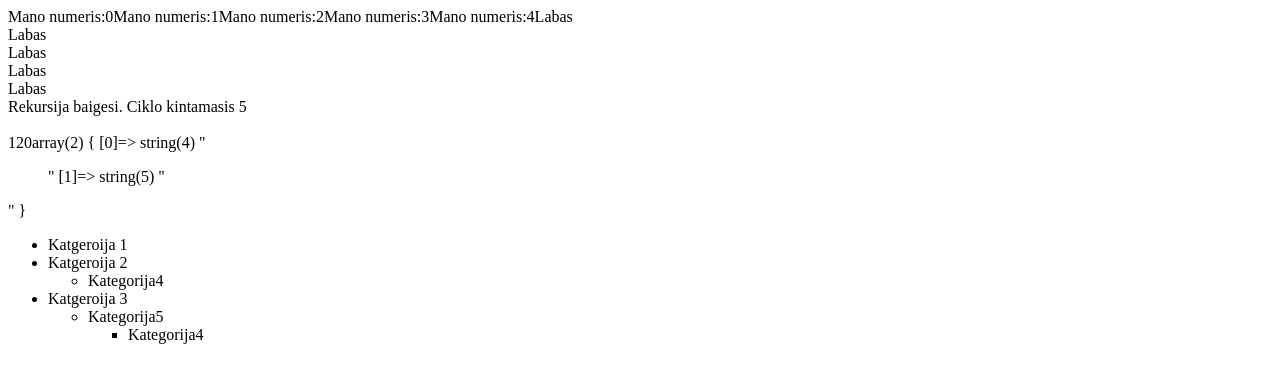
Repository: motiejus1/18-paskaita-PHP-05.31
Page: http://localhost/testavimas/rekursija.php
These files come from the project's save history. The page is drawn as it stood at one moment and after a run of saves; the edit follows.
The browser window is 1280 px wide. The pictures show the whole page.
The page is run by PHP 8.4 with error messages shown; the project is at /var/www/html/. testavimas/connections.php is not in the repository; a stand-in opens the database connection. Queries for data that is not in the repository find no rows.

Above is the page before, as saved 2021-09-25 00:52:49.

After the next 2 saves:
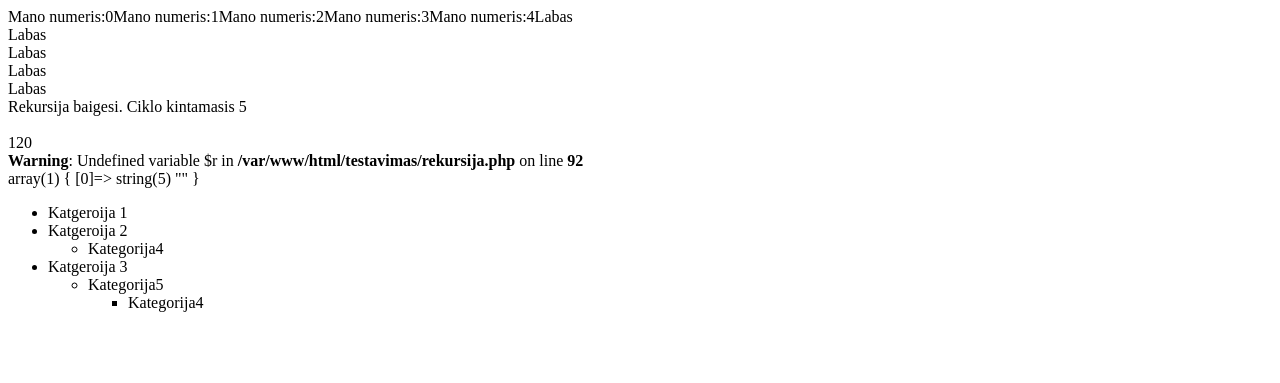
The 2 saves are shown as one change because they came seconds apart.
The last was saved 15 s later.
--- a/testavimas/rekursija.php
+++ b/testavimas/rekursija.php
@@ -89,7 +89,7 @@
 
     $result = $conn->query($sql);
 
-
+    if ($r)
 
     $kategorijos_medis_masyvas[] = "<ul>";
         while($category = mysqli_fetch_array($result)) {

After the save that followed:
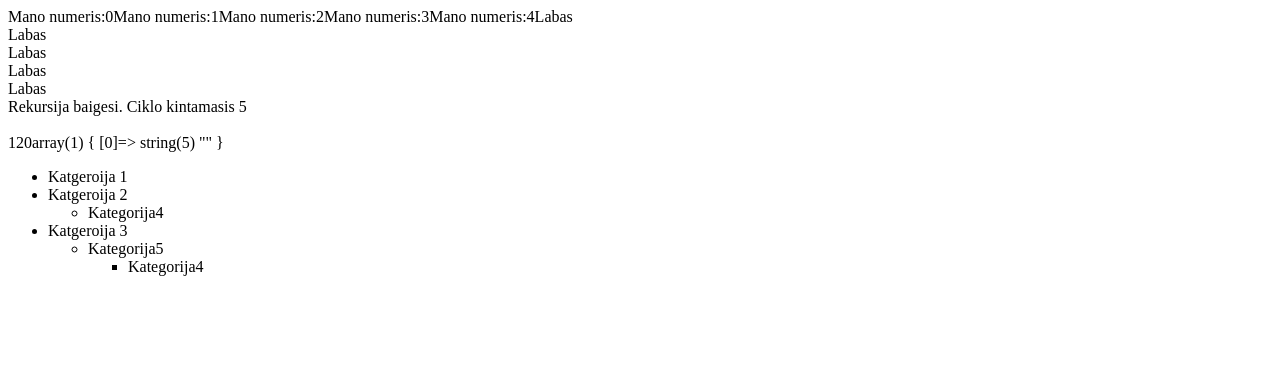
Saved 7 s later.
--- a/testavimas/rekursija.php
+++ b/testavimas/rekursija.php
@@ -89,7 +89,7 @@
 
     $result = $conn->query($sql);
 
-    if ($r)
+    if ($result->num_rows)
 
     $kategorijos_medis_masyvas[] = "<ul>";
         while($category = mysqli_fetch_array($result)) {
